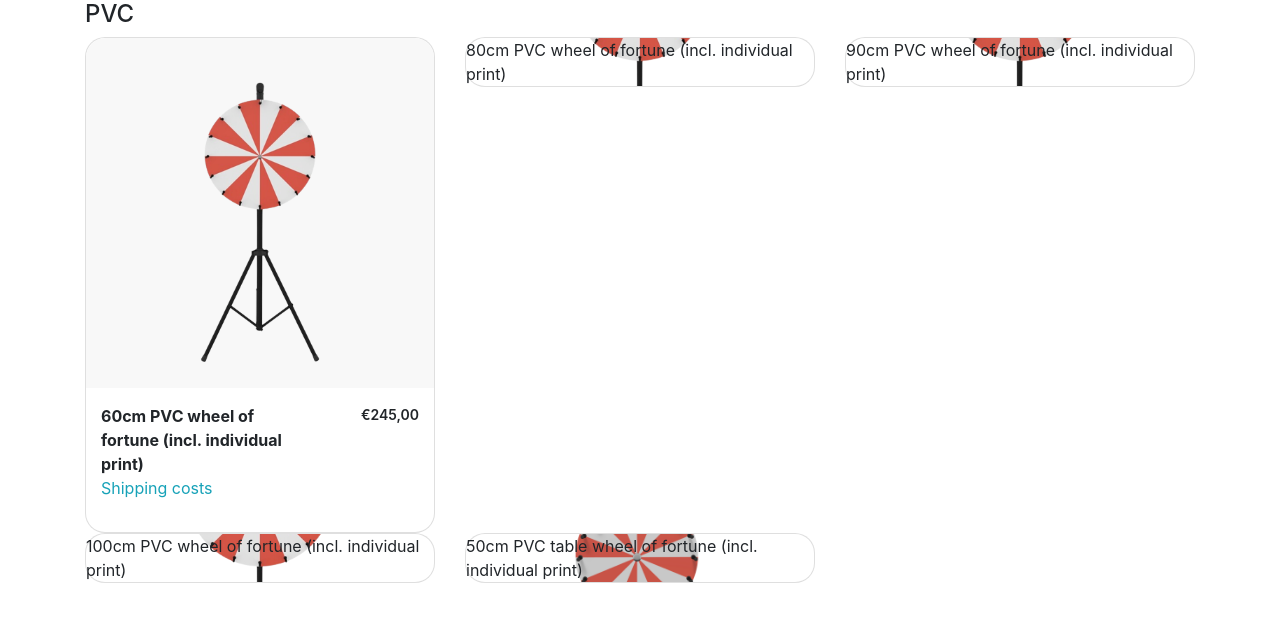
Repository: Awaisp-irfan/fahad-project
Page: pvc.html
These files come from the project's save history. The page is drawn as it stood at one moment and after the next save; the edit follows.
The browser window is 1280 px wide. The pictures show the whole page.

Above is the page before, as saved 2022-06-30 09:26:08.

After the next save:
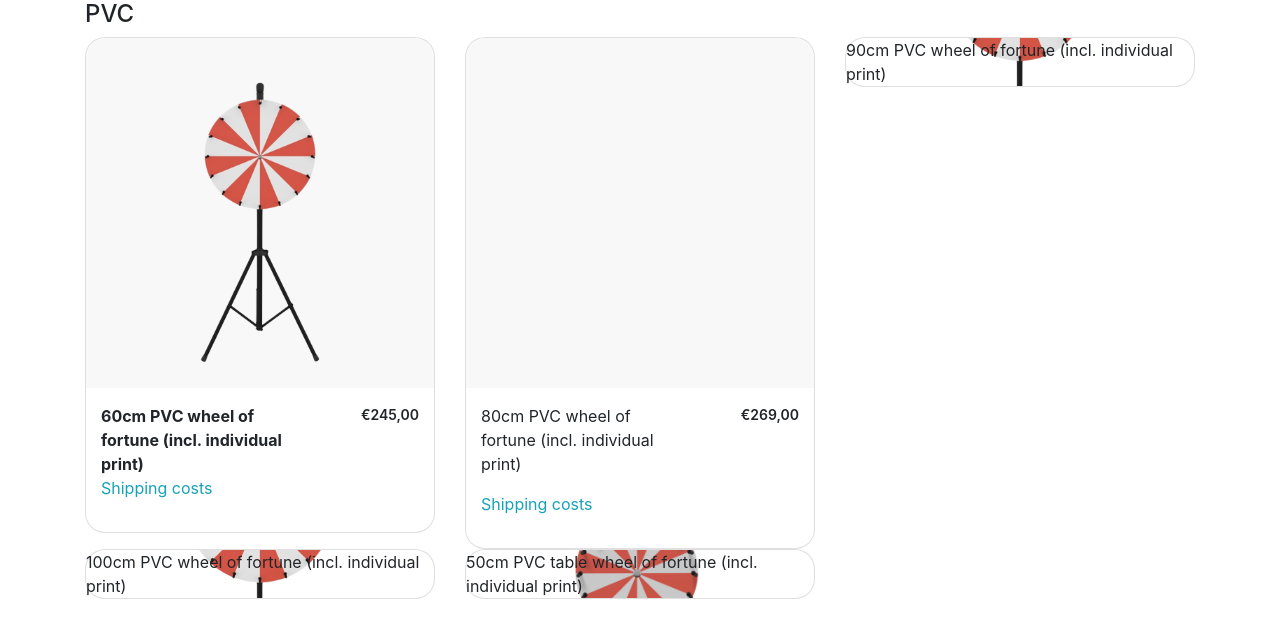
Saved 2 min 38 s later.
--- a/pvc.html
+++ b/pvc.html
@@ -40,13 +40,23 @@
             </div>
           </div>
         </div>
-        <div class="col-lg-4">
-          <div class="card img-div">
-            <div class="cm80">
-              80cm PVC wheel of fortune (incl. individual print)
+        <div class="col-lg-4 col-md-6 col-12">
+            <div class="card">
+              <div class="img-div">
+                <div class="cm80-img"></div>
+              </div>
+              <div class="cm60-content d-flex justify-content-between my-lg-3">
+                <div class="col-8">
+                  <p class="cm80-title">80cm PVC wheel of fortune (incl. individual print)</p>
+                  <p class="text-info">Shipping costs</p>
+                </div>
+                <div class="col-4 ">
+                  <p class="price">
+                      €269,00
+                </p></div>
+              </div>
             </div>
           </div>
-        </div>
         <div class="col-lg-4">
           <div class="card img-div">
             <div class="cm90">
